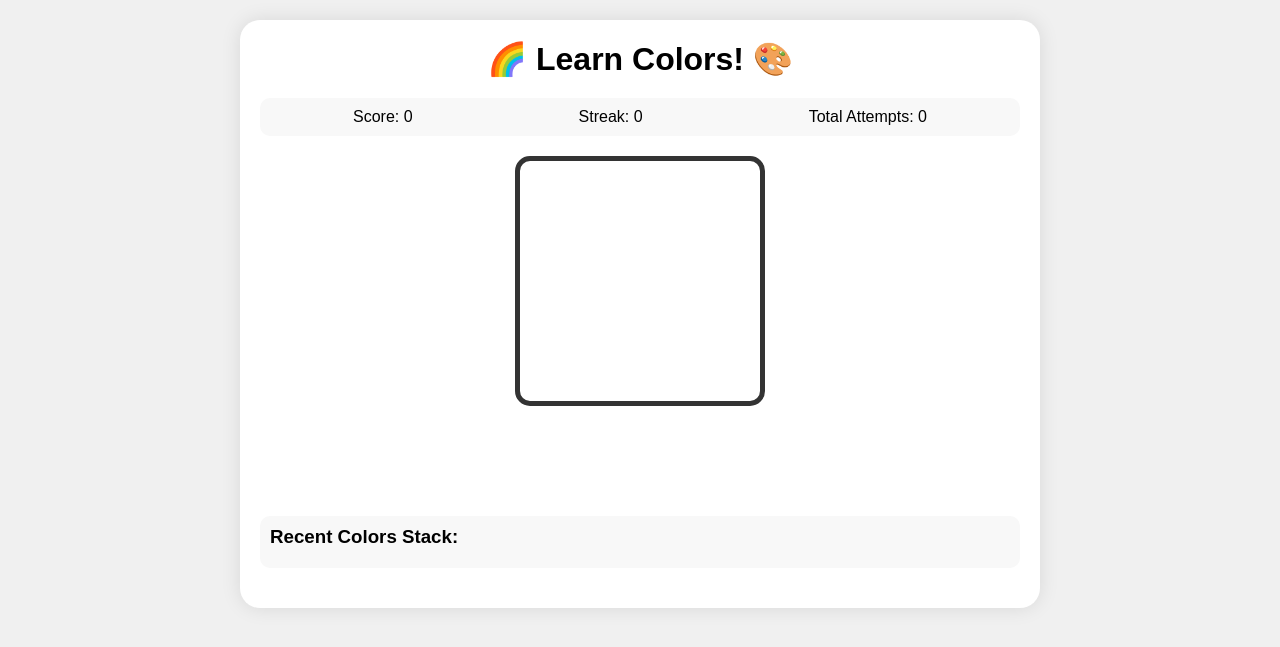
Repository: abhijeets54/learncolors
Page: project.html
The author's editor kept a copy of each file at every save. The page is drawn from the files as they stood at one save, then again after a run of saves.
The browser window is 1280 px wide. The pictures show the whole page.

Above is the page before, as saved 2024-11-17 19:48:40.

### project.html
<!DOCTYPE html>
<html lang="en">
<head>
    <meta charset="UTF-8">
    <meta name="viewport" content="width=device-width, initial-scale=1.0">
    <title>Learn Colors!</title>
    <style>
        * {
            margin: 0;
            padding: 0;
            box-sizing: border-box;
            font-family: 'Comic Sans MS', cursive, sans-serif;
        }

        body {
            min-height: 100vh;
            background: #f0f0f0;
            padding: 20px;
        }

        .container {
            max-width: 800px;
            margin: 0 auto;
            background: white;
            padding: 20px;
            border-radius: 20px;
            box-shadow: 0 0 20px rgba(0,0,0,0.1);
        }

        .header {
            text-align: center;
            margin-bottom: 20px;
        }

        .stats {
            display: flex;
            justify-content: space-around;
            margin: 20px 0;
            padding: 10px;
            background: #f8f8f8;
            border-radius: 10px;
        }

        .color-display {
            width: 250px;
            height: 250px;
            margin: 20px auto;
            border-radius: 15px;
            border: 5px solid #333;
        }

        .options-grid {
            display: grid;
            grid-template-columns: repeat(2, 1fr);
            gap: 15px;
            margin: 20px 0;
        }

        .color-btn {
            padding: 15px;
            font-size: 1.2em;
            border: none;
            border-radius: 10px;
            cursor: pointer;
            background: #f8f8f8;
            transition: transform 0.2s;
        }

        .color-btn:hover {
            transform: scale(1.05);
        }

        .feedback {
            text-align: center;
            height: 50px;
            font-size: 1.5em;
            margin: 20px 0;
        }

        .stack-display {
            background: #f8f8f8;
            padding: 10px;
            margin: 10px 0;
            border-radius: 10px;
        }

        .stack-display h3 {
            margin-bottom: 10px;
        }

        .color-item {
            display: inline-block;
            margin: 5px;
            padding: 5px 10px;
            border-radius: 5px;
            background: #fff;
            border: 1px solid #ddd;
        }

        .performance-list {
            list-style: none;
            margin: 20px 0;
        }

        .performance-item {
            padding: 8px;
            margin: 5px 0;
            background: #fff;
            border-radius: 5px;
            display: flex;
            justify-content: space-between;
        }
    </style>
</head>
<body>
    <div class="container">
        <div class="header">
            <h1>🌈 Learn Colors! 🎨</h1>
        </div>

        <div class="stats">
            <div>Score: <span id="score">0</span></div>
            <div>Streak: <span id="streak">0</span></div>
            <div>Total Attempts: <span id="attempts">0</span></div>
        </div>

        <div class="color-display" id="colorDisplay"></div>
        <div class="feedback" id="feedback"></div>
        <div class="options-grid" id="options"></div>

        <div class="stack-display">
            <h3>Recent Colors Stack:</h3>
            <div id="stackDisplay"></div>
        </div>

        <div class="performance-list" id="performanceList"></div>
    </div>

    <script>
        // Basic Stack implementation using Array

    </script>
</body>
</html>

After the next 3 saves:
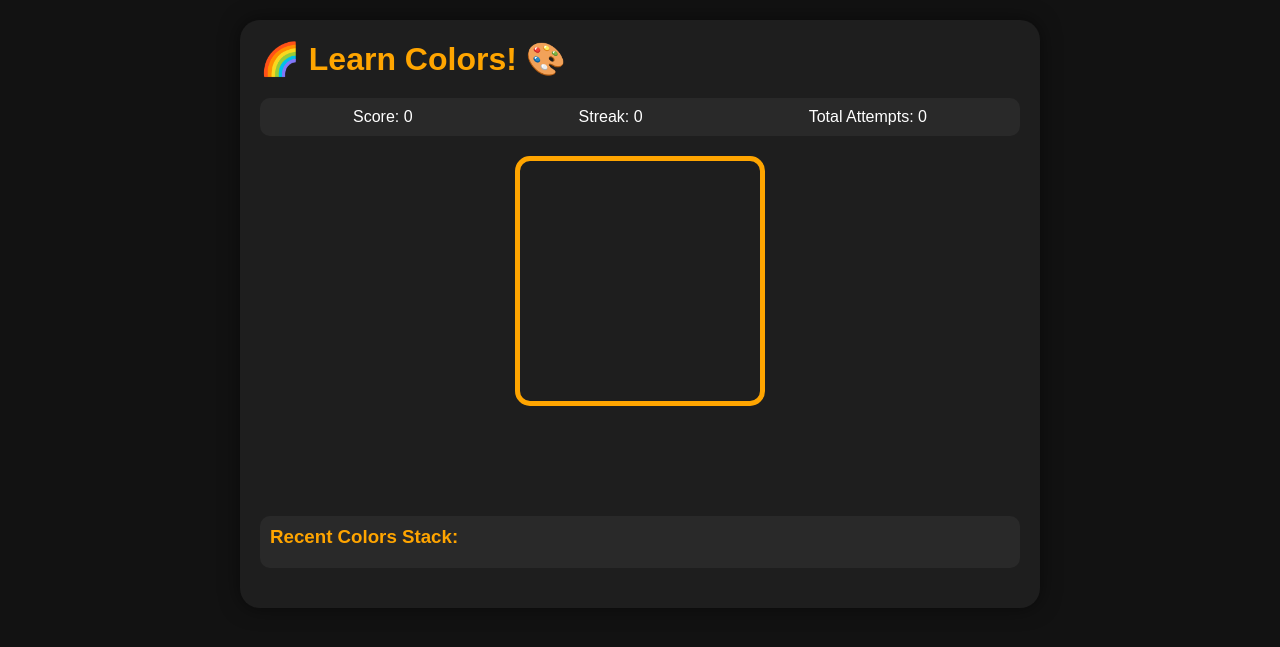
The 3 saves are shown as one change because they came seconds apart.
The last was saved 27 s later.
--- a/project.html
+++ b/project.html
@@ -14,22 +14,22 @@
 
         body {
             min-height: 100vh;
-            background: #f0f0f0;
+            background: #121212;
+            color: #ffffff;
             padding: 20px;
         }
 
         .container {
             max-width: 800px;
             margin: 0 auto;
-            background: white;
+            background: #1e1e1e;
             padding: 20px;
             border-radius: 20px;
-            box-shadow: 0 0 20px rgba(0,0,0,0.1);
+            box-shadow: 0 0 20px rgba(0, 0, 0, 0.5);
         }
 
-        .header {
-            text-align: center;
-            margin-bottom: 20px;
+        .header h1 {
+            color: #ffa500; /* Accent color */
         }
 
         .stats {
@@ -37,7 +37,7 @@
             justify-content: space-around;
             margin: 20px 0;
             padding: 10px;
-            background: #f8f8f8;
+            background: #292929;
             border-radius: 10px;
         }
 
@@ -46,7 +46,7 @@
             height: 250px;
             margin: 20px auto;
             border-radius: 15px;
-            border: 5px solid #333;
+            border: 5px solid #ffa500;
         }
 
         .options-grid {
@@ -62,12 +62,14 @@
             border: none;
             border-radius: 10px;
             cursor: pointer;
-            background: #f8f8f8;
-            transition: transform 0.2s;
+            background: #292929;
+            color: #ffffff;
+            transition: transform 0.2s, background 0.2s;
         }
 
         .color-btn:hover {
             transform: scale(1.05);
+            background: #444444;
         }
 
         .feedback {
@@ -78,7 +80,7 @@
         }
 
         .stack-display {
-            background: #f8f8f8;
+            background: #292929;
             padding: 10px;
             margin: 10px 0;
             border-radius: 10px;
@@ -86,6 +88,7 @@
 
         .stack-display h3 {
             margin-bottom: 10px;
+            color: #ffa500;
         }
 
         .color-item {
@@ -93,8 +96,9 @@
             margin: 5px;
             padding: 5px 10px;
             border-radius: 5px;
-            background: #fff;
-            border: 1px solid #ddd;
+            background: #444444;
+            color: #ffffff;
+            border: 1px solid #555555;
         }
 
         .performance-list {
@@ -105,7 +109,8 @@
         .performance-item {
             padding: 8px;
             margin: 5px 0;
-            background: #fff;
+            background: #292929;
+            color: #ffffff;
             border-radius: 5px;
             display: flex;
             justify-content: space-between;
@@ -137,7 +142,6 @@
     </div>
 
     <script>
-        // Basic Stack implementation using Array
 
     </script>
 </body>
